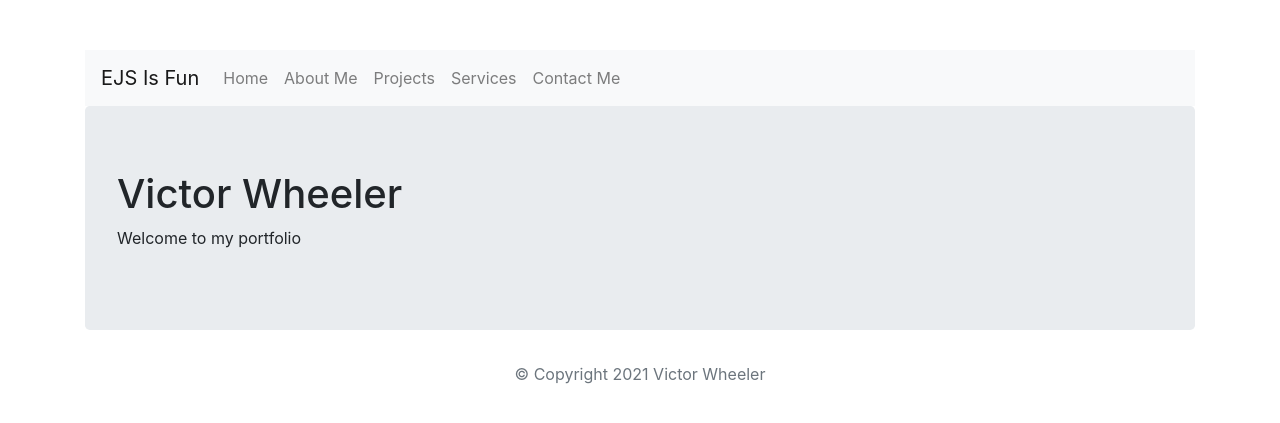
Repository: VictorWheeler/COMP_229_301167760
Page: http://localhost/
An editor plug-in stored every save of this project. The page is shown before and after the next save, followed by the edit.
The browser window is 1280 px wide. The pictures show the whole page.
The page is served by the project's Node server (server.js).

Above is the page before, as saved 2021-09-29 09:17:40.

After the next save:
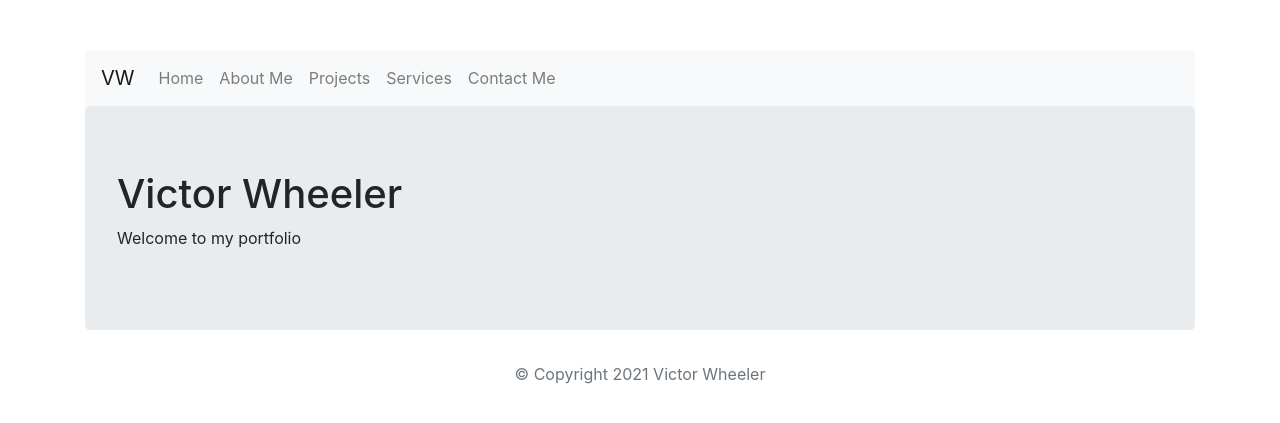
Saved 27 s later.
--- a/Express-Portfolio-Site/views/partials/header.ejs
+++ b/Express-Portfolio-Site/views/partials/header.ejs
@@ -1,5 +1,5 @@
 <nav class="navbar navbar-expand-lg navbar-light bg-light">
-  <a class="navbar-brand" href="/">EJS Is Fun</a>
+  <a class="navbar-brand" href="/">VW</a>
   <ul class="navbar-nav mr-auto">
     <li class="nav-item">
       <a class="nav-link" href="/">Home</a>
